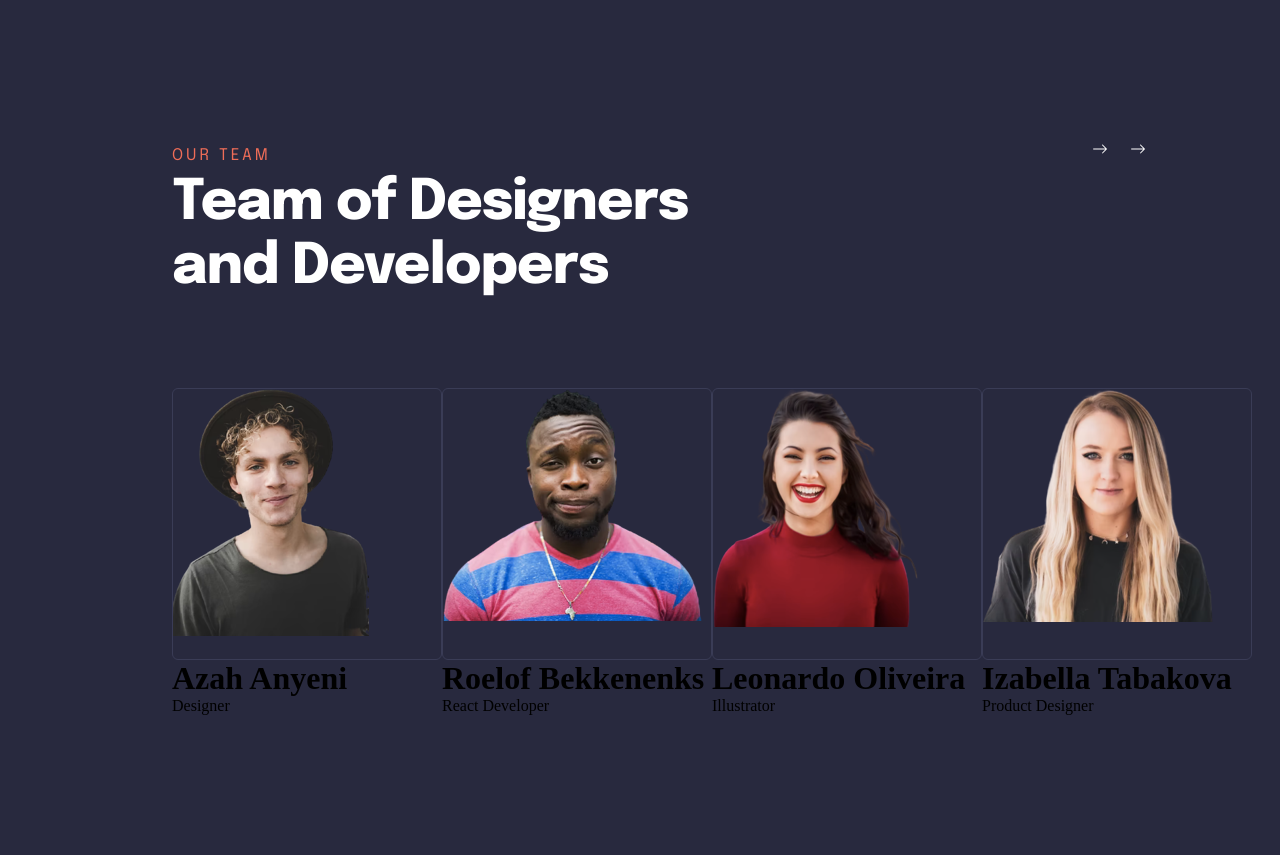
Repository: AytacJafarova/web-site
Page: index.html
These files come from the project's save history. The page is drawn as it stood at one moment and after the next save; the edit follows.
The browser window is 1280 px wide. The pictures show the whole page.

Above is the page before, as saved 2023-08-15 14:47:27.

After the next save:
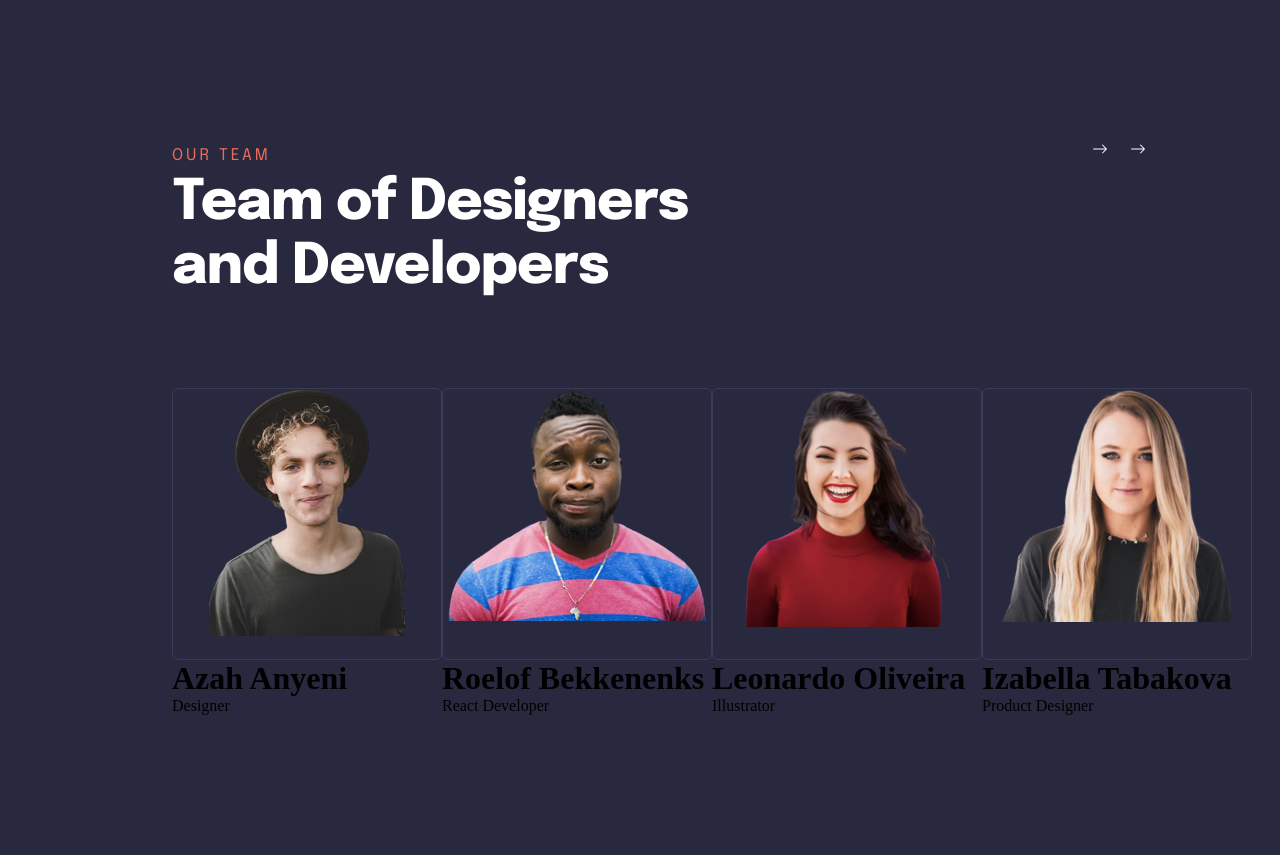
Saved 5 s later.
--- a/index.css
+++ b/index.css
@@ -62,7 +62,8 @@
   border-radius: 6px;
   border: 1px solid #3a3c56;
   display: flex;
-  js
+  justify-content: center;
+
 }
 .developers ul li:nth-child(3) img {
   width: 205px;
